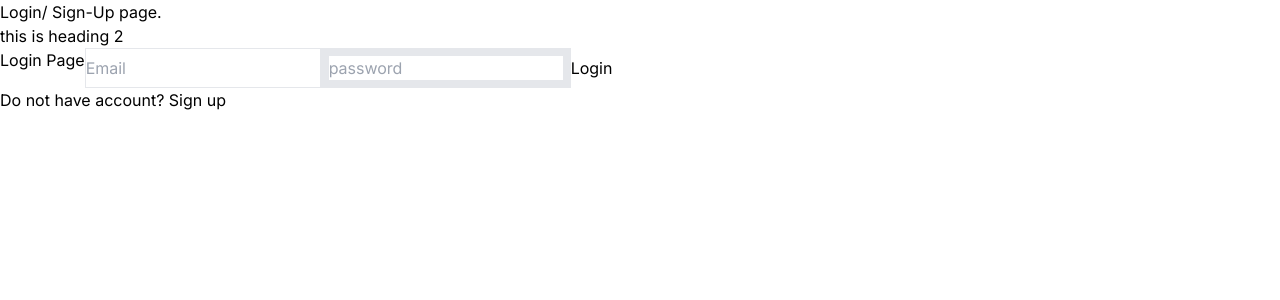
Repository: its-kundan/food-on-time
Page: /restaurant
These files come from the project's save history. The page is drawn as it stood at one moment and after the next save; the edit follows.
The browser window is 1280 px wide. The pictures show the whole page.
The project was rebuilt for these pictures with package versions that can differ from the ones it lists, and the page was loaded fresh each time. The framework's server and built-in components were replaced by stand-ins that run in the browser. Also part of the build but not shown: next.config.mjs, src/app/_components/SignUp.jsx.

Above is the page before, as saved 2024-07-24 19:46:57.

After the next save:
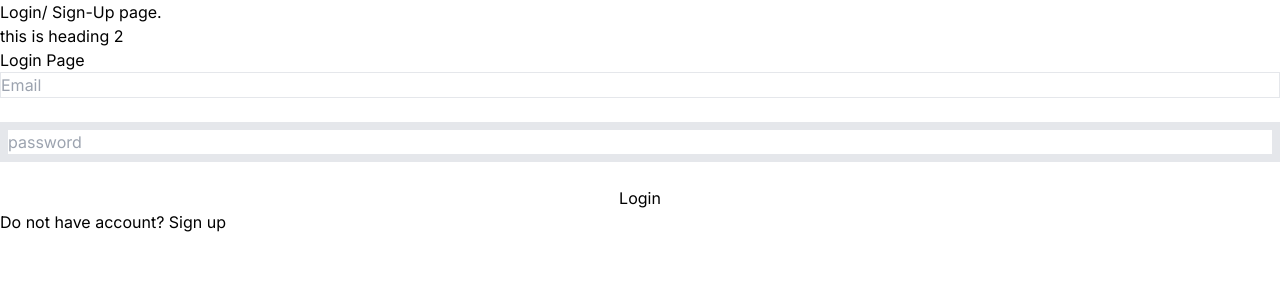
Saved 15 s later.
--- a/src/app/_components/Login.jsx
+++ b/src/app/_components/Login.jsx
@@ -3,7 +3,7 @@ import React from 'react'
 function Login() {
   return (
     <>
-        <div className='flex '>
+        <div className='flex flex-col'>
         <h3> Login  Page</h3>
         <input className='border ' type="email" placeholder="Email" />
         <br />
